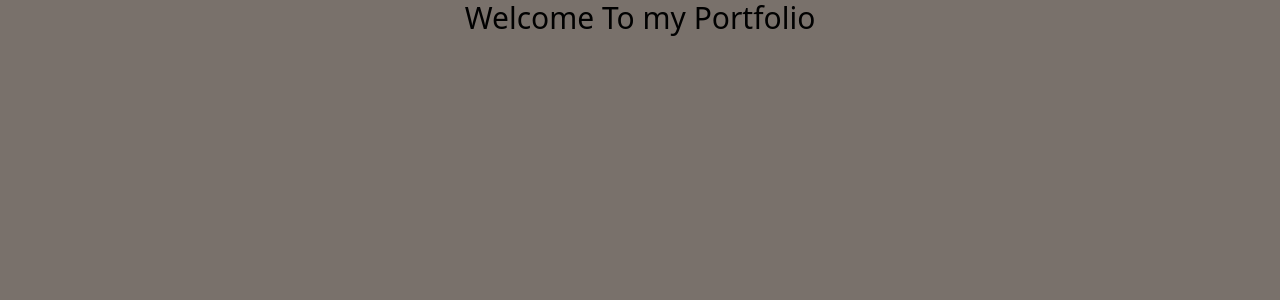
Repository: abhaysharma20233009/portfolio
Page: /
These files come from the project's save history. The page is drawn as it stood at one moment and after the next save; the edit follows.
The browser window is 1280 px wide. The pictures show the whole page.
The project was rebuilt for these pictures with package versions that can differ from the ones it lists, and the page was loaded fresh each time. Also part of the build but not shown: vite.config.js, src/App.css.

Above is the page before, as saved 2025-05-20 17:03:46.

After the next save:
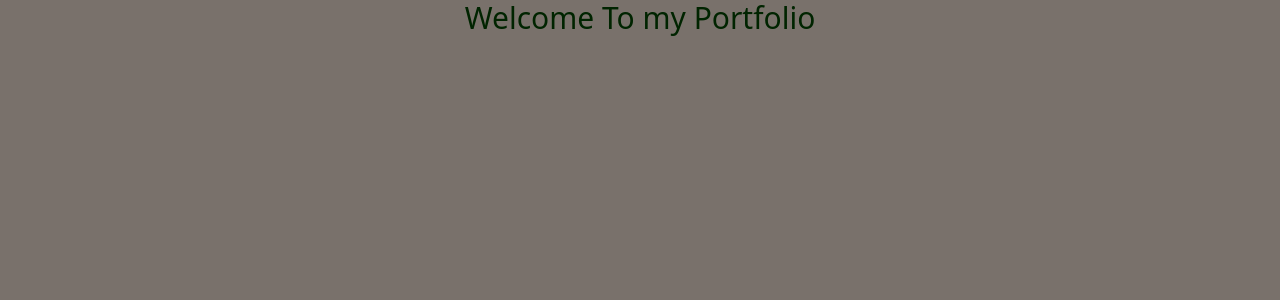
Saved 59 s later.
--- a/src/App.jsx
+++ b/src/App.jsx
@@ -8,7 +8,7 @@
   return (
     <>
      <div className="h-screen w-full text-3xl bg-stone-500">
-  <h1 className='text-center text-3xl mix-blend-color-burn'>Welcome To my Portfolio</h1>
+  <h1 className='text-center text-lime-600 text-3xl mix-blend-color-burn'>Welcome To my Portfolio</h1>
         </div>
 
     </>

After the save that followed:
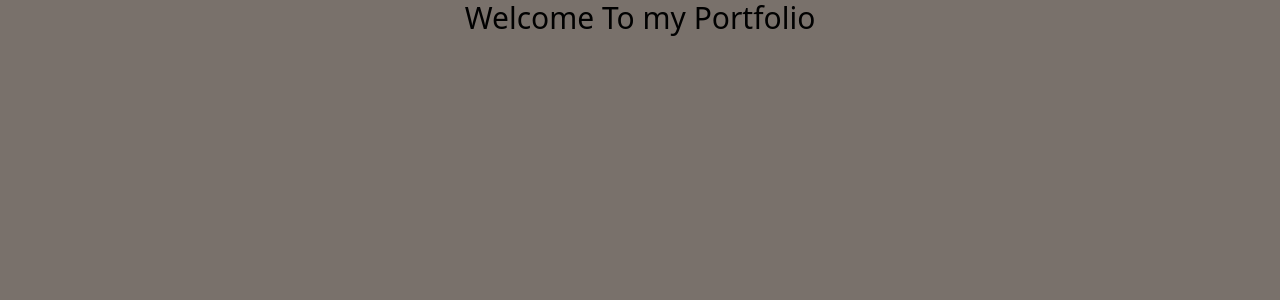
Saved 13 s later.
--- a/src/App.jsx
+++ b/src/App.jsx
@@ -8,7 +8,7 @@
   return (
     <>
      <div className="h-screen w-full text-3xl bg-stone-500">
-  <h1 className='text-center text-lime-600 text-3xl mix-blend-color-burn'>Welcome To my Portfolio</h1>
+  <h1 className='text-center text-blue-950 text-3xl mix-blend-color-burn'>Welcome To my Portfolio</h1>
         </div>
 
     </>
